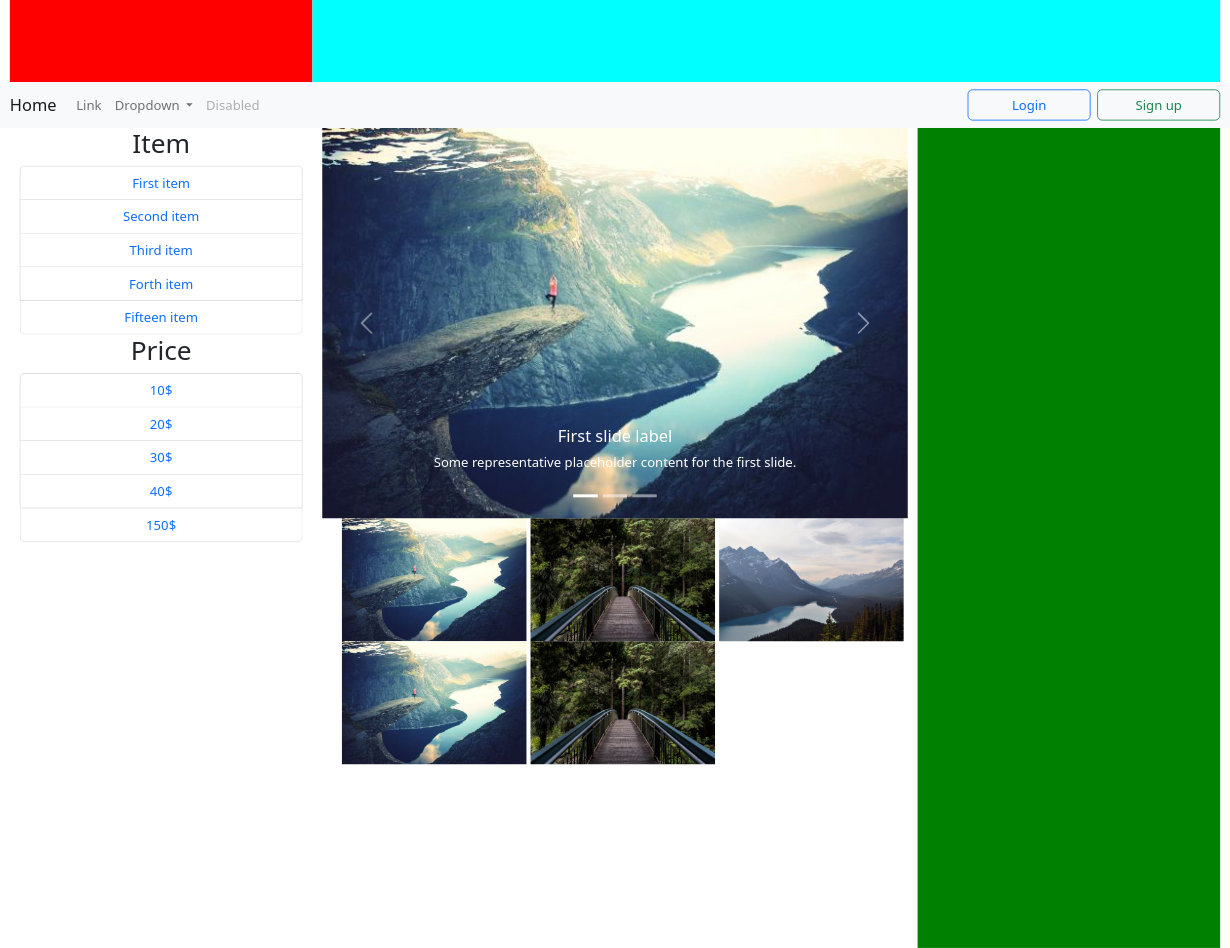
Repository: nguyenhung50497/MD2_bootstrap
Page: BT_giaoDienWeb/index.html
The author's editor kept a copy of each file at every save. The page is drawn from the files as they stood at one save, then again after a run of saves.
The browser window is 1280 px wide. The page is 1500 px wide, so the pictures cover 1500 px, including what lies to the right of the window. The pictures show the whole page, at 82% of full size.

Above is the page before, as saved 2022-11-30 14:10:45.

After the next 3 saves:
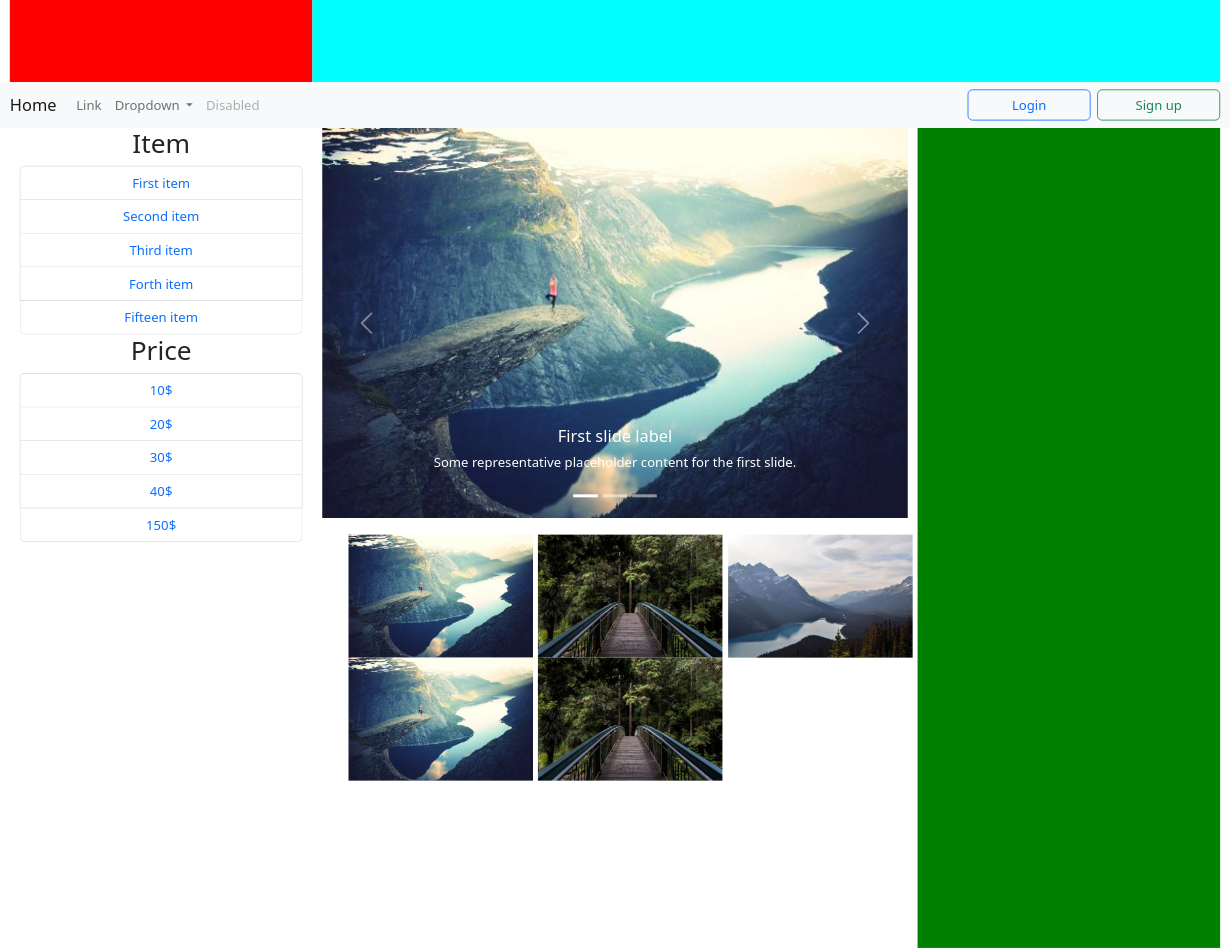
The 3 saves are shown as one change because they came seconds apart.
The last was saved 8 s later.
--- a/BT_giaoDienWeb/index.html
+++ b/BT_giaoDienWeb/index.html
@@ -25,7 +25,8 @@
         text-decoration: none;
     }
     .contentImg {
-        margin: ;
+        margin: 10px;
+        padding: 10px;
     }
     .contentImg > div > img {
         height: 150px;
